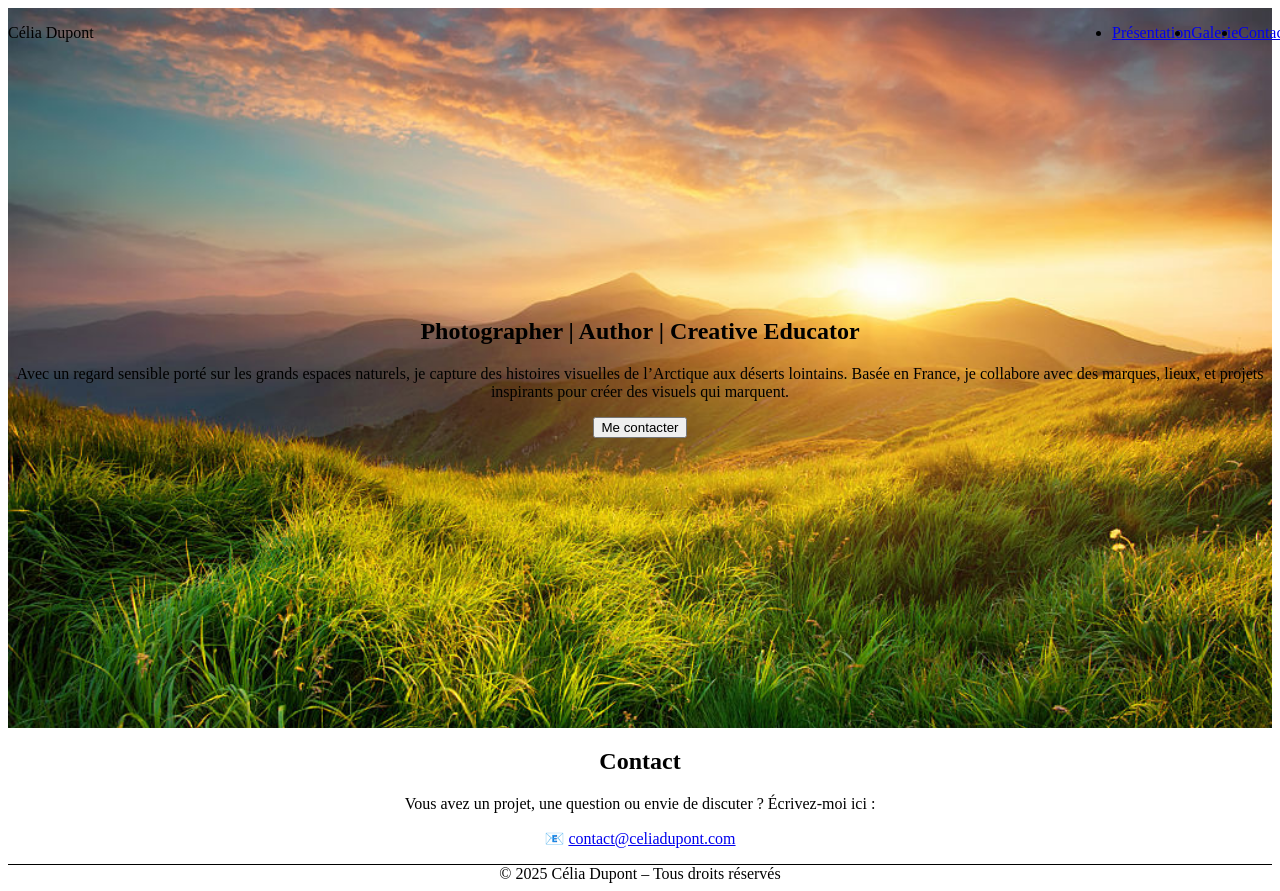
Repository: vincelhx/cd-photogrphy
Page: /
An editor plug-in stored every save of this project. The page is shown before and after the next save, followed by the edit.
The browser window is 1280 px wide. The pictures show the whole page.
The project was rebuilt for these pictures with package versions that can differ from the ones it lists, and the page was loaded fresh each time. Also part of the build but not shown: vite.config.ts, src/components/Gallery.tsx, src/pages/Portfolio.tsx.

Above is the page before, as saved 2025-08-04 13:57:21.

### index.html
<!doctype html>
<html lang="en">
  <head>
    <meta charset="UTF-8" />
    <link rel="icon" type="image/svg+xml" href="/vite.svg" />
    <meta name="viewport" content="width=device-width, initial-scale=1.0" />
    <title>Vite + React + TS</title>
    <link href="https://fonts.googleapis.com/css2?family=Dancing+Script&display=swap" rel="stylesheet">

  </head>
  <body>
    <div id="root"></div>
    <script type="module" src="/src/main.tsx"></script>
  </body>
</html>

### src/main.tsx
// src/main.tsx
import React from 'react'
import ReactDOM from 'react-dom/client'
import App from './App.tsx'
import './css/global.css'

ReactDOM.createRoot(document.getElementById('root')!).render(
  <React.StrictMode>
    <App />
  </React.StrictMode>,
)

### src/App.tsx
import React from 'react';
import { BrowserRouter as Router, Routes, Route } from 'react-router-dom';
import Home from './pages/Home';
import Portfolio from './pages/Portfolio';

const App: React.FC = () => {
  return (
    <Router>
      <Routes>
        <Route path="/" element={<Home />} />
        <Route path="/portfolio" element={<Portfolio />} />
        {/* autres routes plus tard */}
      </Routes>
    </Router>
  );
};

export default App;

### src/css/global.css
@tailwind base;
@tailwind components;
@tailwind utilities;

.no-scrollbar::-webkit-scrollbar {
  display: none;
}
.no-scrollbar {
  -ms-overflow-style: none;
  scrollbar-width: none;
}

### src/pages/Home.tsx
import React from "react";
import Navbar from "./NavBar";

const Home: React.FC = () => {
  return (
    <div className="font-sans text-gray-800 overflow-x-hidden scroll-smooth">
      <Navbar />

      {/* HERO SECTION */}
      <section
        id="presentation"
        className="h-screen flex items-center justify-center relative bg-cover bg-center px-4"
        style={{ backgroundImage: `url("/photos/photo1.png")` }}>
        {/* Overlay */}
        <div className="absolute inset-0 bg-black bg-opacity-50" />

        {/* Content */}
        <div className="relative z-10 bg-white/70 backdrop-blur-sm text-gray-800 p-8 rounded-md shadow-lg max-w-2xl w-full text-center">
          <h1 className="text-2xl md:text-3xl font-semibold mb-4">
            Photographer | Author | Creative Educator
          </h1>
          <p className="text-base md:text-lg text-gray-700 mb-6">
            Avec un regard sensible porté sur les grands espaces naturels, je
            capture des histoires visuelles de l’Arctique aux déserts lointains.
            Basée en France, je collabore avec des marques, lieux, et projets
            inspirants pour créer des visuels qui marquent.
          </p>
          <a href="#contact">
            <button className="bg-gray-700 hover:bg-gray-800 text-white px-6 py-2 rounded transition">
              Me contacter
            </button>
          </a>
        </div>
      </section>

      {/* CONTACT */}
      <section
        id="contact"
        className="py-20 px-6 bg-gray-50 text-center overflow-hidden">
        <div className="max-w-2xl mx-auto">
          <h2 className="text-3xl font-bold mb-6">Contact</h2>
          <p className="text-lg mb-4 text-gray-600">
            Vous avez un projet, une question ou envie de discuter ? Écrivez-moi
            ici :
          </p>
          <p className="text-lg font-medium">
            📧{" "}
            <a
              href="mailto:contact@celiadupont.com"
              className="text-blue-600 underline">
              contact@celiadupont.com
            </a>
          </p>
        </div>
      </section>

      {/* FOOTER */}
      <footer className="py-6 bg-white text-center text-sm text-gray-500 border-t">
        &copy; {new Date().getFullYear()} Célia Dupont – Tous droits réservés
      </footer>
    </div>
  );
};

export default Home;

### src/pages/NavBar.tsx
import React from "react";

const Navbar: React.FC = () => {
  return (
    <nav className="fixed top-0 left-0 w-full bg-white shadow z-50">
      <div className="max-w-6xl mx-auto px-6 py-4 flex justify-between items-center">
        {/* Nom à gauche */}
        <div className="text-lg font-bold">Célia Dupont</div>

        {/* Liens à droite */}
        <ul className="flex gap-8 text-gray-800 text-sm font-medium">
          <li>
            <a href="#presentation" className="hover:text-black">
              Présentation
            </a>
          </li>
          <li>
            <a href="#gallery" className="hover:text-black">
              Galerie
            </a>
          </li>
          <li>
            <a href="#contact" className="hover:text-black">
              Contact
            </a>
          </li>
        </ul>
      </div>
    </nav>
  );
};

export default Navbar;

After the next save:
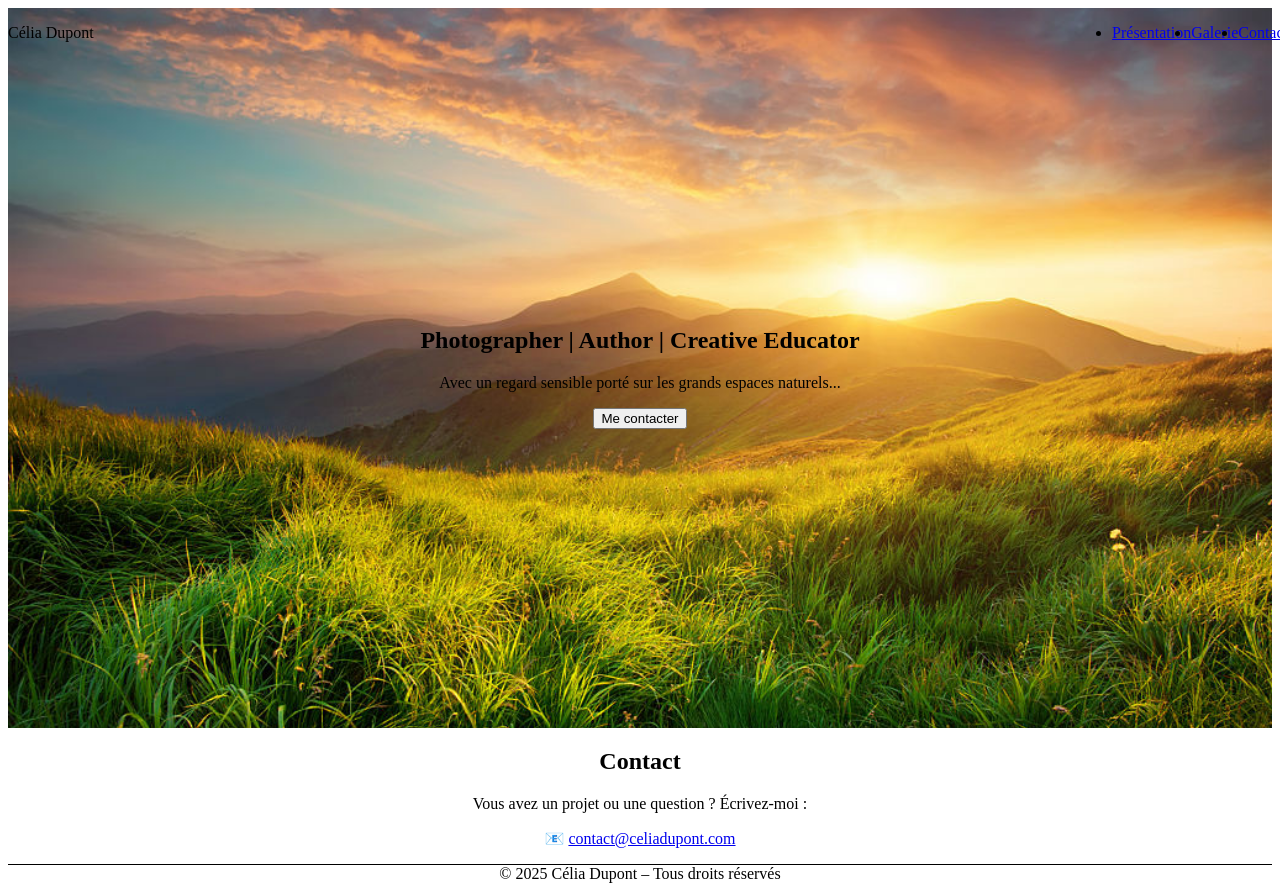
Saved 6 s later.
--- a/src/pages/Home.tsx
+++ b/src/pages/Home.tsx
@@ -6,42 +6,36 @@ const Home: React.FC = () => {
     <div className="font-sans text-gray-800 overflow-x-hidden scroll-smooth">
       <Navbar />
 
-      {/* HERO SECTION */}
-      <section
-        id="presentation"
-        className="h-screen flex items-center justify-center relative bg-cover bg-center px-4"
-        style={{ backgroundImage: `url("/photos/photo1.png")` }}>
-        {/* Overlay */}
-        <div className="absolute inset-0 bg-black bg-opacity-50" />
+      {/* Main section */}
+      <main className="pt-20">
+        {" "}
+        {/* espace pour navbar fixe */}
+        <section
+          id="presentation"
+          className="min-h-screen flex items-center justify-center bg-cover bg-center px-4"
+          style={{ backgroundImage: `url("/photos/photo1.png")` }}>
+          <div className="bg-white/80 backdrop-blur-sm text-gray-800 p-8 rounded-md shadow-lg max-w-2xl text-center">
+            <h1 className="text-2xl md:text-3xl font-semibold mb-4">
+              Photographer | Author | Creative Educator
+            </h1>
+            <p className="text-base md:text-lg text-gray-700 mb-6">
+              Avec un regard sensible porté sur les grands espaces naturels...
+            </p>
+            <a href="#contact">
+              <button className="bg-black text-white px-6 py-2 rounded hover:bg-gray-800 transition">
+                Me contacter
+              </button>
+            </a>
+          </div>
+        </section>
+      </main>
 
-        {/* Content */}
-        <div className="relative z-10 bg-white/70 backdrop-blur-sm text-gray-800 p-8 rounded-md shadow-lg max-w-2xl w-full text-center">
-          <h1 className="text-2xl md:text-3xl font-semibold mb-4">
-            Photographer | Author | Creative Educator
-          </h1>
-          <p className="text-base md:text-lg text-gray-700 mb-6">
-            Avec un regard sensible porté sur les grands espaces naturels, je
-            capture des histoires visuelles de l’Arctique aux déserts lointains.
-            Basée en France, je collabore avec des marques, lieux, et projets
-            inspirants pour créer des visuels qui marquent.
-          </p>
-          <a href="#contact">
-            <button className="bg-gray-700 hover:bg-gray-800 text-white px-6 py-2 rounded transition">
-              Me contacter
-            </button>
-          </a>
-        </div>
-      </section>
-
-      {/* CONTACT */}
-      <section
-        id="contact"
-        className="py-20 px-6 bg-gray-50 text-center overflow-hidden">
+      {/* Contact section */}
+      <section id="contact" className="py-20 px-6 bg-gray-50 text-center">
         <div className="max-w-2xl mx-auto">
           <h2 className="text-3xl font-bold mb-6">Contact</h2>
           <p className="text-lg mb-4 text-gray-600">
-            Vous avez un projet, une question ou envie de discuter ? Écrivez-moi
-            ici :
+            Vous avez un projet ou une question ? Écrivez-moi :
           </p>
           <p className="text-lg font-medium">
             📧{" "}
@@ -54,7 +48,7 @@ const Home: React.FC = () => {
         </div>
       </section>
 
-      {/* FOOTER */}
+      {/* Footer */}
       <footer className="py-6 bg-white text-center text-sm text-gray-500 border-t">
         &copy; {new Date().getFullYear()} Célia Dupont – Tous droits réservés
       </footer>
